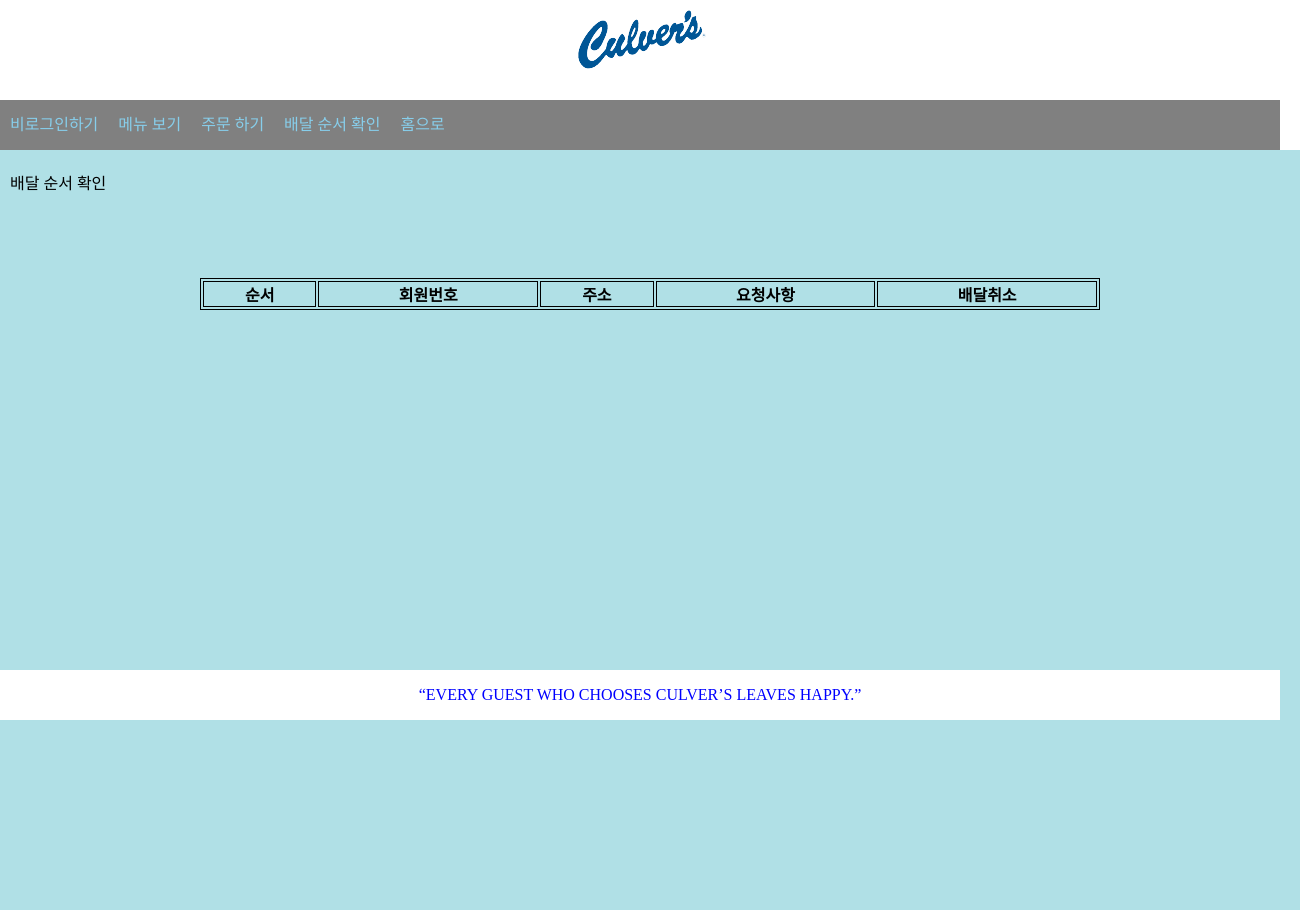
Repository: andy981217/culvers
Page: http://localhost/Culvers/check
The author's editor kept a copy of each file at every save. The page is drawn from the files as they stood at one save, then again after the next save.
The browser window is 1280 px wide. The page is 1300 px wide, so the pictures cover 1300 px, including what lies to the right of the window. The pictures show the whole page.
The page is served by Tomcat 9. Queries for data that is not in the repository find no rows.

Above is the page before, as saved 2022-12-29 08:36:54.

After the next save:
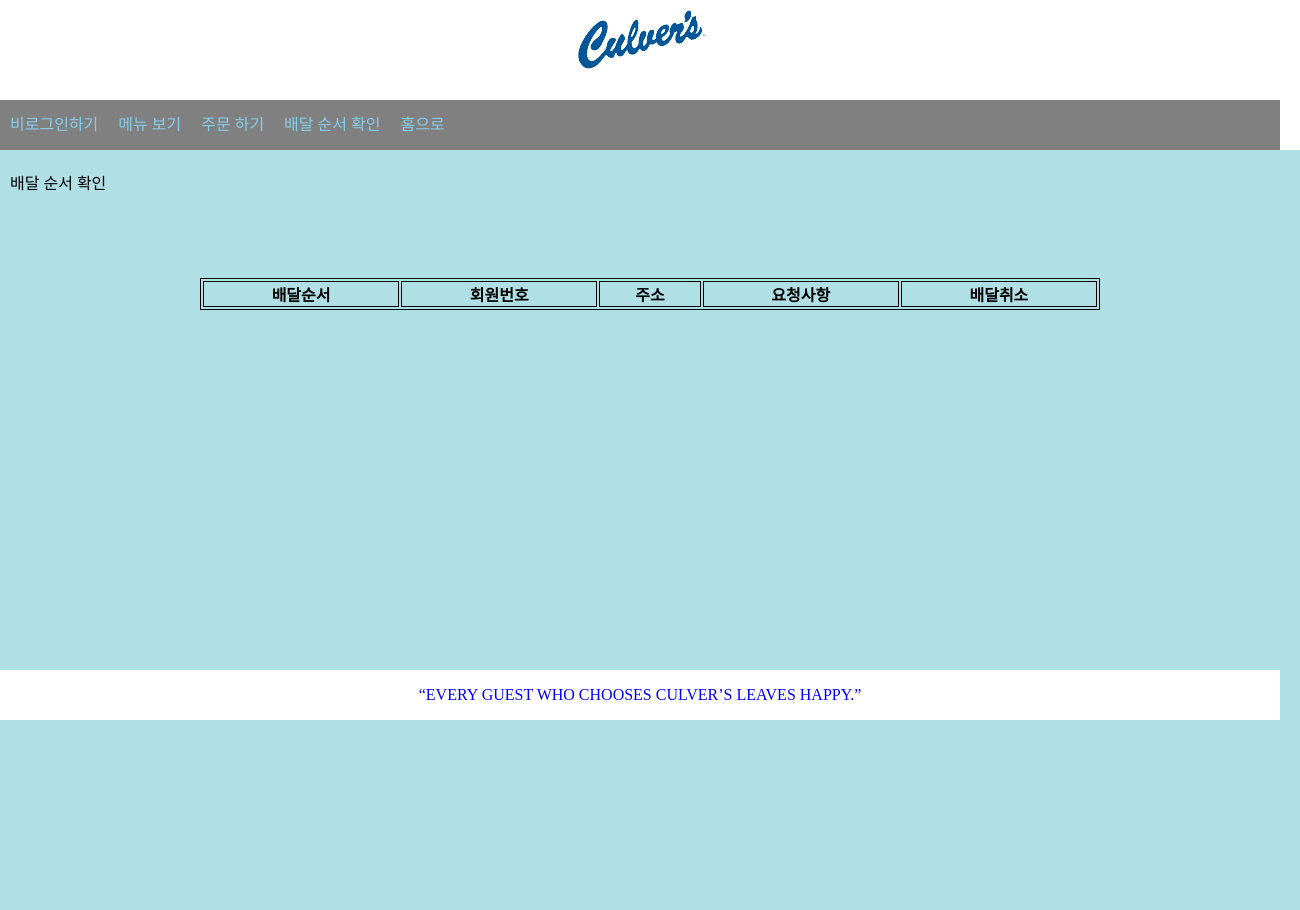
Saved 7 min 10 s later.
--- a/Culvers/src/main/webapp/orderList.jsp
+++ b/Culvers/src/main/webapp/orderList.jsp
@@ -21,7 +21,7 @@
 		<div class= "wrapper">
 			<table style="width:900px">
 				<tr>
-					<th>순서</th>
+					<th>배달순서</th>
 					<th>회원번호</th>
 					<th>주소</th>
 					<th>요청사항</th>
